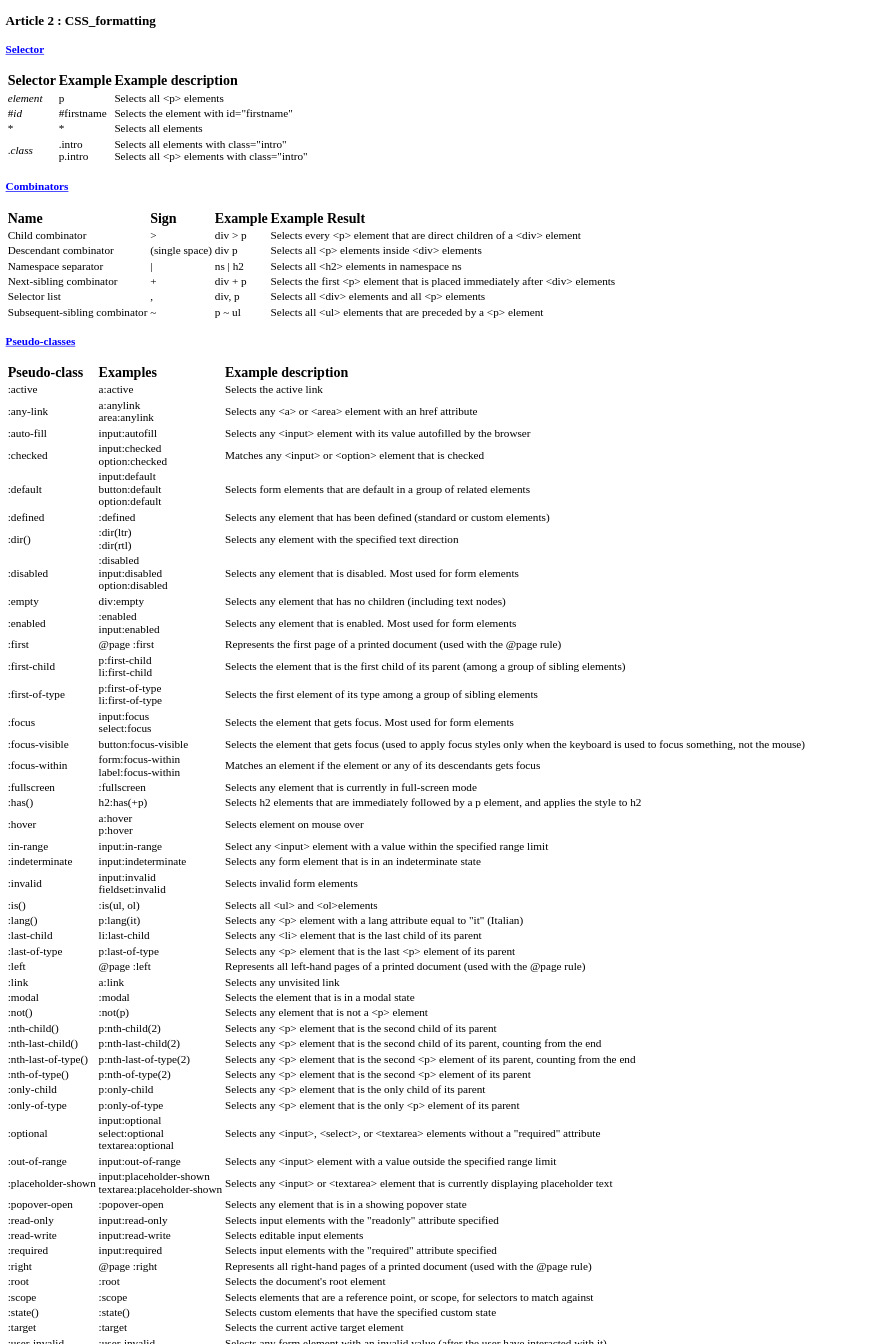
Repository: AnnaSpirit/2025_
Page: Bases/CSS_formatting.html
An editor plug-in stored every save of this project. The page is shown before and after a run of saves, followed by the edit.
The browser window is 1280 px wide. The pictures show the part of the page from y = 0 to 1920 px (the page is 2563 px tall before and 2571 px after), at 70% of full size.

Above is the page before, as saved 2025-01-09 14:14:48.

### Bases/CSS_formatting.html
<!DOCTYPE html>
<html lang="en">
<head>
	<meta charset="UTF-8">
	<meta name="viewport" content="width=device-width, initial-scale=1.0">
	<title>CSS_formatting</title>
	<style>
		th{
		display: table-cell;
		vertical-align: middle;
		font-weight: bold;
		padding: 1px;
		text-align:justify;
		font-size: 20px;
		}
		.subSection{
			color: blue;
			font-weight: bold;
			text-decoration: underline;
		}
	</style>
</head>
<body>
<h3>Article 2 : CSS_formatting</h3>
<h4 class = "subSection">Selector</h4>
<table>
<tr>
	<th>Selector</th>
	<th>Example</th>
	<th>Example description</th>
</tr>
<tr>
	<td><i>element</i></td>
	<td>p</td>
	<td>Selects all &lt;p&gt; elements</td>
</tr>
<tr>
	<td>#<i>id</i></td>
	<td>#firstname</td>
	<td>Selects the element with id="firstname"</td>
</tr>
<tr>
	<td>*</td>
	<td>*</td>
	<td>Selects all elements</td>
</tr>
<tr>
	<td>.<i>class</i></td>
	<td>.intro<br>p.intro</td>
	<td>Selects all elements with class="intro"<br>Selects all &lt;p&gt; elements with class="intro"
	</td>
</tr>
</table>
<h4 class = "subSection">Combinators</h4>
<table>
<tbody>
	<tr>
		<th>Name</th>
		<th>Sign</th>
		<th>Example</th>
		<th>Example Result</th>
	</tr>
	<tr>
		<td>Child combinator</td>
		<td>&gt;</td>
		<td>div &gt; p</td>
		<td>Selects every &lt;p&gt; element that are direct children of a &lt;div&gt; element</td>
	</tr>
	<tr>
		<td>Descendant combinator</td>
		<td>(single space)</td>
		<td>div p</td>
		<td>Selects all &lt;p&gt; elements inside &lt;div&gt; elements</td>
	</tr>
	<tr>
		<td>Namespace separator</td>
		<td>|</td>
		<td>ns | h2</td>
		<td>Selects all &lt;h2&gt; elements in namespace ns</td>
	</tr>
	<tr>
		<td>Next-sibling combinator</td>
		<td>+</td>
		<td>div + p</td>
		<td>Selects the first &lt;p&gt; element that is placed immediately after &lt;div&gt; elements</td>
	</tr>
	<tr>
		<td>Selector list</td>
		<td>,</td>
		<td>div, p</td>
		<td>Selects all &lt;div&gt; elements and all &lt;p&gt; elements</td>
	</tr>
	<tr>
		<td>Subsequent-sibling combinator</td>
		<td>~</td>
		<td>p ~ ul</td>
		<td>Selects all &lt;ul&gt; elements that are preceded by a &lt;p&gt; element</td>
	</tr>
</tbody>
</table>
<h4 class = "subSection">Pseudo-classes</h4>
<table>
<tr>
	<th>Pseudo-class</th>
	<th>Examples</th>
	<th>Example description</th>
</tr>
<tr>
	<td>:active</td>
	<td>a:active</td>
	<td>Selects the active link</td>
</tr>
<tr>
	<td>:any-link</td>
	<td>a:anylink<br>area:anylink</td>
	<td>Selects any &lt;a&gt; or &lt;area&gt; element with an href attribute</td>
</tr>
<tr>
	<td>:auto-fill</td>
	<td>input:autofill</td>
	<td>Selects any &lt;input&gt; element with its value autofilled by the
		browser</td>
</tr>
<tr>
	<td>:checked</td>
	<td>input:checked<br>option:checked</td>
	<td>Matches any &lt;input&gt; or &lt;option&gt; element that is checked</td>
</tr>
<tr>
	<td>:default</td>
	<td>input:default<br>button:default<br>option:default</td>
	<td>Selects form elements that are default in a group of related elements</td>
</tr>
<tr>
	<td>:defined</td>
	<td>:defined</td>
	<td>Selects any element that has been defined (standard or custom
		elements)</td>
</tr>
<tr>
	<td>:dir()</td>
	<td>:dir(ltr)<br>:dir(rtl)</td>
	<td>Selects any element with the specified text direction</td>
</tr>
<tr>
	<td>:disabled</td>
	<td>:disabled<br>input:disabled<br>option:disabled</td>
	<td>Selects any element that is disabled. Most used for form elements</td>
</tr>
<tr>
	<td>:empty</td>
	<td>div:empty</td>
	<td>Selects any element that has no children (including text nodes)</td>
</tr>
<tr>
	<td>:enabled</td>
	<td>:enabled<br>input:enabled</td>
	<td>Selects any element that is enabled. Most used for form elements</td>
</tr>
<tr>
	<td>:first</td>
	<td>@page :first</td>
	<td>Represents the first page of a printed document (used with the @page
		rule)</td>
</tr>
<tr>
	<td>:first-child</td>
	<td>p:first-child<br>li:first-child</td>
	<td>Selects the element that is the first child of its parent (among a group
		of sibling elements)</td>
</tr>
<tr>
	<td>:first-of-type</td>
	<td>p:first-of-type<br>li:first-of-type</td>
	<td>Selects the first element of its type among a group of sibling elements</td>
</tr>
<tr>
	<td>:focus</td>
	<td>input:focus<br>select:focus</td>
	<td>Selects the element that gets focus. Most used for form elements</td>
</tr>
<tr>
	<td>:focus-visible</td>
	<td>button:focus-visible</td>
	<td>Selects the element that gets focus (used to apply focus styles only
		when the keyboard is used to focus something, not the mouse)</td>
</tr>
<tr>
	<td>:focus-within</td>
	<td>form:focus-within<br>label:focus-within</td>
	<td>Matches an element if the element or any of its descendants gets focus</td>
</tr>
<tr>
	<td>:fullscreen</td>
	<td>:fullscreen</td>
	<td>Selects any element that is currently in full-screen mode</td>
</tr>
<tr>
	<td>:has()</td>
	<td>h2:has(+p)</td>
	<td>Selects h2 elements that are immediately followed by a p element, and
		applies the style to h2</td>
</tr>
<tr>
	<td>:hover</td>
	<td>a:hover<br>p:hover</td>
	<td>Selects element on mouse over</td>
</tr>
<tr>
	<td>:in-range</td>
	<td>input:in-range</td>
	<td>Select any &lt;input&gt; element with a value within the specified range
		limit</td>
</tr>
<tr>
	<td>:indeterminate</td>
	<td>input:indeterminate</td>
	<td>Selects any form element that is in an indeterminate state</td>
</tr>
<tr>
	<td>:invalid</td>
	<td>input:invalid<br>fieldset:invalid</td>
	<td>Selects invalid form elements</td>
</tr>
<tr>
	<td>:is()</td>
	<td>:is(ul, ol)</td>
	<td>Selects all &lt;ul&gt; and &lt;ol&gt;elements</td>
</tr>
<tr>
	<td>:lang()</td>
	<td>p:lang(it)</td>
	<td>Selects any &lt;p&gt; element with a lang attribute equal to "it" (Italian)</td>
</tr>
<tr>
	<td>:last-child</td>
	<td>li:last-child</td>
	<td>Selects any &lt;li&gt; element that is the last child of its parent</td>
</tr>
<tr>
	<td>:last-of-type</td>
	<td>p:last-of-type</td>
	<td>Selects any &lt;p&gt; element that is the last &lt;p&gt; element of its parent</td>
</tr>
<tr>
	<td>:left</td>
	<td>@page :left</td>
	<td>Represents all left-hand pages of a printed document (used with the @page
		rule)</td>
</tr>
<tr>
	<td>:link</td>
	<td>a:link</td>
	<td>Selects any unvisited link</td>
</tr>
<tr>
	<td>:modal</td>
	<td>:modal</td>
	<td>Selects the element that is in a modal state</td>
</tr>
<tr>
	<td>:not()</td>
	<td>:not(p)</td>
	<td>Selects any element that is not a &lt;p&gt; element</td>
</tr>
<tr>
	<td>:nth-child()</td>
	<td>p:nth-child(2)</td>
	<td>Selects any &lt;p&gt; element that is the second child of its parent</td>
</tr>
<tr>
	<td>:nth-last-child()</td>
	<td>p:nth-last-child(2)</td>
	<td>Selects any &lt;p&gt; element that is the second child of its parent, counting from the
		end</td>
</tr>
<tr>
	<td>:nth-last-of-type()</td>
	<td>p:nth-last-of-type(2)</td>
	<td>Selects any &lt;p&gt; element that is the second &lt;p&gt; element of its parent, counting from the
		end</td>
</tr>
<tr>
	<td>:nth-of-type()</td>
	<td>p:nth-of-type(2)</td>
	<td>Selects any &lt;p&gt; element that is the second &lt;p&gt; element of its parent</td>
</tr>
<tr>
	<td>:only-child</td>
	<td>p:only-child</td>
	<td>Selects any &lt;p&gt; element that is the only child of its parent</td>
</tr>
<tr>
	<td>:only-of-type</td>
	<td>p:only-of-type</td>
	<td>Selects any &lt;p&gt; element that is the only &lt;p&gt; element of its parent</td>
</tr>
<tr>
	<td>:optional</td>
	<td>input:optional<br>select:optional<br>textarea:optional</td>
	<td>Selects any &lt;input&gt;, &lt;select&gt;, or &lt;textarea&gt; elements without
		a "required" attribute</td>
</tr>
<tr>
	<td>:out-of-range</td>
	<td>input:out-of-range</td>
	<td>Selects any &lt;input&gt; element with a value outside the specified range
		limit</td>
</tr>
<tr>
	<td>:placeholder-shown</td>
	<td>input:placeholder-shown<br>
		textarea:placeholder-shown</td>
	<td>Selects any &lt;input&gt; or &lt;textarea&gt; element that is currently displaying
		placeholder text</td>
</tr>
<tr>
	<td>:popover-open</td>
	<td>:popover-open</td>
	<td>Selects any element that is in a showing popover state</td>
</tr>
<tr>
	<td>:read-only</td>
	<td>input:read-only</td>
	<td>Selects input elements with the "readonly" attribute specified</td>
</tr>
<tr>
	<td>:read-write</td>
	<td>input:read-write</td>
	<td>Selects editable input elements</td>
</tr>
<tr>
	<td>:required</td>
	<td>input:required</td>
	<td>Selects input elements with the "required" attribute specified</td>
</tr>
<tr>
	<td>:right</td>
	<td>@page :right</td>
	<td>Represents all right-hand pages of a printed document (used with the @page
		rule)</td>
</tr>
<tr>
	<td>:root</td>
	<td>:root</td>
	<td>Selects the document's root element</td>
</tr>
<tr>
	<td>:scope</td>
	<td>:scope</td>
	<td>Selects elements that are a reference point, or scope, for selectors to
		match against</td>
</tr>
<tr>
	<td>:state()</td>
	<td>:state()</td>
	<td>Selects custom elements that have the specified custom state</td>
</tr>
<tr>
	<td>:target</td>
	<td>:target </td>
	<td>Selects the current active target element</td>
</tr>
<tr>
	<td>:user-invalid</td>
	<td>:user-invalid</td>
	<td>Selects any form element with an invalid value (after the user have
		interacted with it)</td>
</tr>
<tr>
	<td>:user-valid</td>
	<td>:user-valid</td>
	<td>Selects any form element with a valid value (after the user have
		interacted with it)</td>
</tr>
<tr>
	<td>:valid</td>
	<td>input:valid</td>
	<td>Selects all input elements with a valid value</td>
</tr>
<tr>
	<td>:visited</td>
	<td>a:visited<br>area:visited</td>
	<td>Selects all visited links</td>
</tr>
<tr>
	<td>:where()</td>
	<td>:where(ol, ul)</td>
	<td>Selects all &lt;ul&gt; and &lt;ol&gt;elements</td>
</tr>
</table>
<h4 class = "subSection">Pseudo-elements</h4>
<table>
	<tr>
		<th>Pseudo-element</th>
		<th>Example</th>
		<th>Example description</th>
	</tr>
	<tr>
		<td>::after</td>
		<td>p::after<br>div::after</td>
		<td>Inserts something after the content of the specified element</td>
	</tr>
	<tr>
		<td>::backdrop</td>
		<td>dialog::backdrop</td>
		<td>Styles the viewbox behind a dialog box or popover element</td>
	</tr>
	<tr>
		<td>::before</td>
		<td>p::before<br>div::before</td>
		<td>Inserts something before the content of the specified element</td>
	</tr>
	<tr>
		<td>::file-selector-button</td>
		<td>::file-selector-button</td>
		<td>Selects any button of type &lt;input type="file"&gt;</td>
	</tr>
	<tr>
		<td>::first-letter</td>
		<td>p::first-letter</td>
		<td>Selects the first letter of every &lt;p&gt; element</td>
	</tr>
	<tr>
		<td>::first-line</td>
		<td>p::first-line</td>
		<td>Selects the first line of every &lt;p&gt; element</td>
	</tr>
	<tr>
		<td>::grammar-error</td>
		<td>::grammar-error</td>
		<td>Styles a text that the browser has flagged as grammatically incorrect</td>
	</tr>
	<tr>
		<td>::highlight()</td>
		<td>::highlight(custom-name)</td>
		<td>Selects a custom highlight</td>
	</tr>
	<tr>
		<td>::marker</td>
		<td>::marker</td>
		<td>Selects the markers of list items</td>
	</tr>
	<tr>
		<td>::placeholder</td>
		<td>input::placeholder<br>textarea::placeholder</td>
		<td>Styles the placeholder text of &lt;input&gt; or &lt;textarea&gt; elements</td>
	</tr>
	<tr>
		<td>::selection</td>
		<td>::selection</td>
		<td>Styles the user-selected text</td>
	</tr>
	<tr>
		<td>::spelling-error</td>
		<td>::spelling-error</td>
		<td>Styles a text that the browser has flagged as incorrectly spelled</td>
	</tr>
	<tr>
		<td>::view-transition</td>
		<td>::view-transition</td>
		<td>Represents the root of the view transitions overlay, which contains all
			view transition on the page</td>
	</tr>
	<tr>
		<td>::view-transition-group</td>
		<td>::view-transition-group</td>
		<td>Represents a single view transition snapshot group</td>
	</tr>
	<tr>
		<td>::view-transition-image-pair</td>
		<td>::view-transition-image-pair</td>
		<td>Represents a container for a view transition's "old" and "new" view
			states - before and after the transition</td>
	</tr>
	<tr>
		<td>::view-transition-new</td>
		<td>::view-transition-new</td>
		<td>Represents the "new" view state of a view transition</td>
	</tr>
	<tr>
		<td>::view-transition-old</td>
		<td>::view-transition-old</td>
		<td>Represents the "old" view state of a view transition</td>
	</tr>
</tbody>
</table>
</body>
</html>

After the next 2 saves:
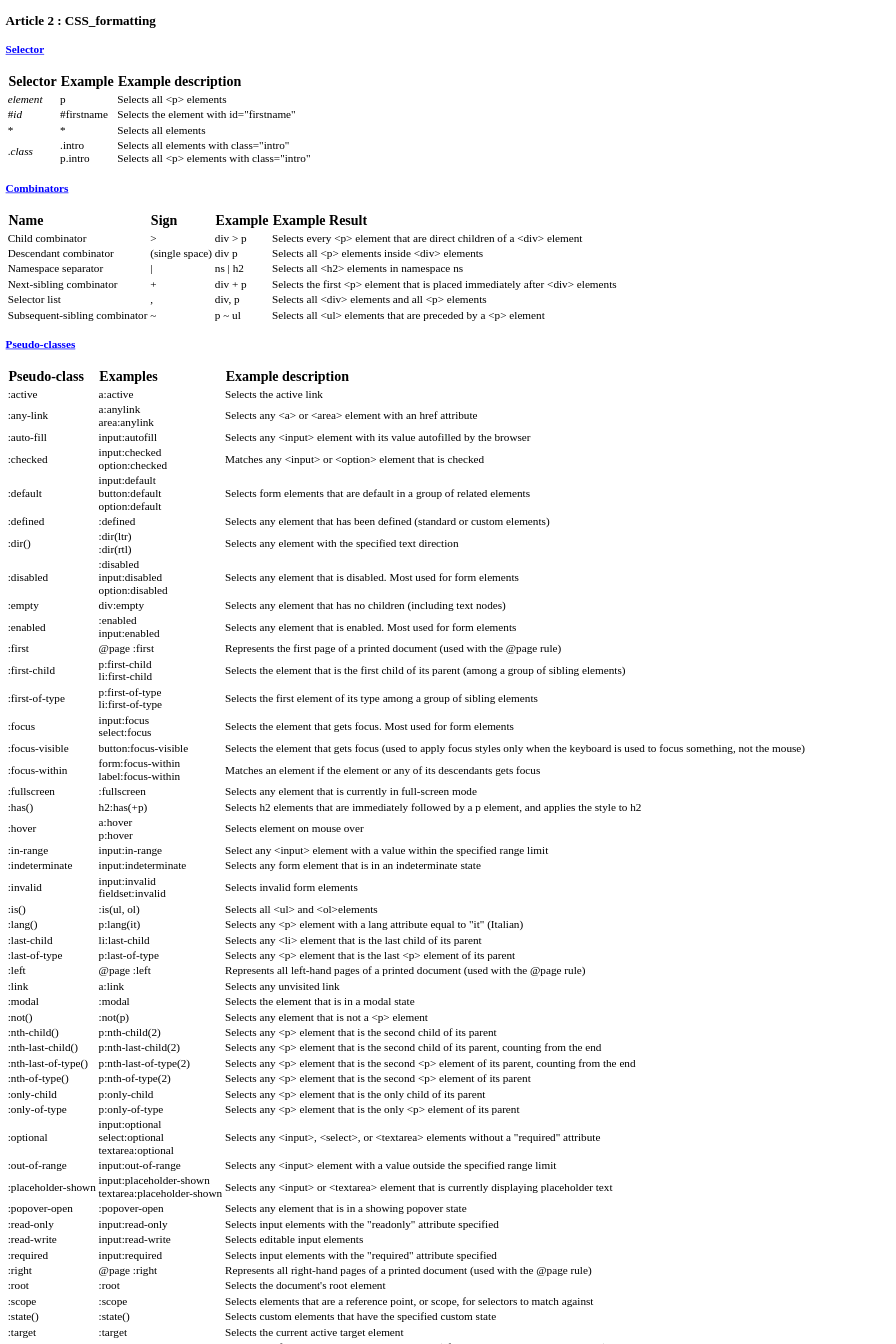
The 2 saves are shown as one change because they came seconds apart.
The last was saved 9 s later.
--- a/Bases/CSS_formatting.html
+++ b/Bases/CSS_formatting.html
@@ -9,7 +9,7 @@
 		display: table-cell;
 		vertical-align: middle;
 		font-weight: bold;
-		padding: 1px;
+		padding: 2px;
 		text-align:justify;
 		font-size: 20px;
 		}
